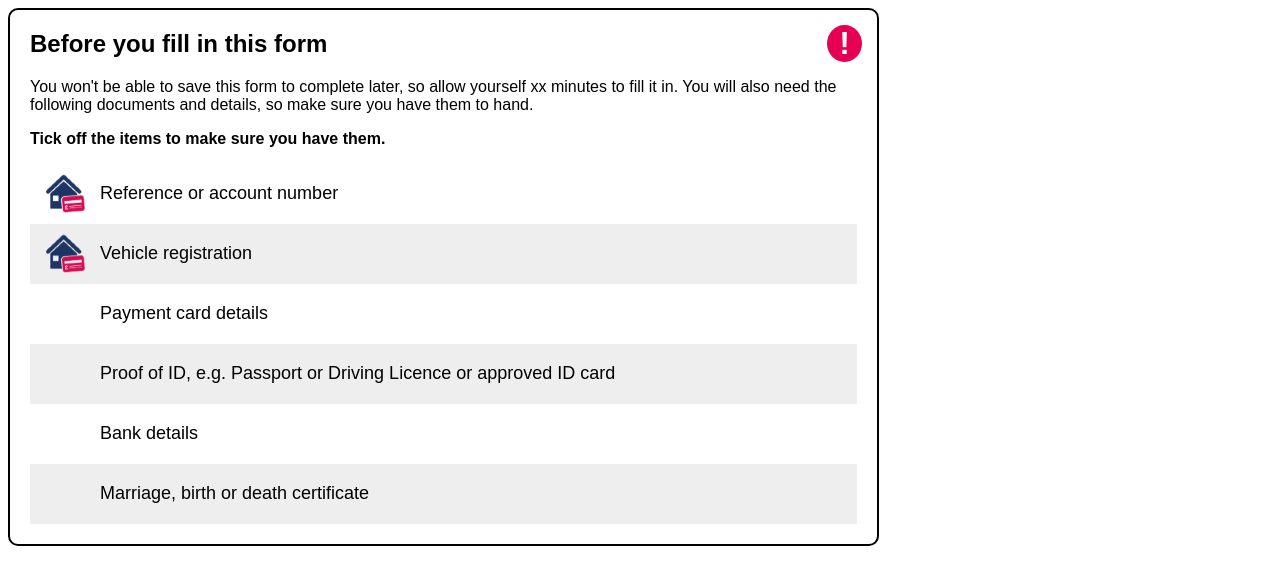
Repository: DigitalExperienceTeam/formchecklist
Page: index.html
The author's editor kept a record of every edit. The page is drawn from the files as they stood at one moment, then again after the next edit.
The browser window is 1280 px wide. The pictures show the whole page.

Above is the page before.

### index.html
<!DOCTYPE html>
<html lang="en">

<head>
    <meta charset="UTF-8">
    <meta name="viewport" content="width=device-width, initial-scale=1.0">
    <meta http-equiv="X-UA-Compatible" content="ie=edge">
    <script src="https://ajax.googleapis.com/ajax/libs/jquery/3.4.1/jquery.min.js"></script>
    <script type="text/javascript" src="checklist.js"></script>
    <link rel="stylesheet" href="style.css" type="text/css" />
    <title>Document</title>
</head>

<body>
<div class="checklist">
    <div class="exclamation">!</div>
  <h2>Before you fill in this form</h2>
  <p>You won't be able to save this form to complete later, so allow yourself xx minutes to fill it in. You will also need the following documents and details, so make sure you have them to hand.</p>

<p><strong>Tick off the items to make sure you have them.</strong></p>
<ul>
  <li class="reference">Reference or account number</li>
  <li class="registration">Vehicle registration</li>
  <li class="payment">Payment card details</li>
  <li class="proof">Proof of ID, e.g. Passport or Driving Licence or approved ID card</li>
  <li class="bank">Bank details</li>
  <li class="certificate">Marriage, birth or death certificate</li>
</ul>

</div>
</body>

</html>

### checklist.js
$( document ).ready(function() {

    $( "li" ).click(function() {

  $(this).toggleClass("checked");
});


});

### style.css

/* Include the padding and border in an element's total width and height */
* {
  box-sizing: border-box;
}

body {
    max-width: 871px;
    font-family: "franklin-gothic-urw",sans-serif;
}

.checklist {
    border: 2px solid #000;
    padding: 20px;
    border-radius: 10px;
    position: relative;
}

.exclamation {
    position: absolute;
    right: 15px;
    top: 15px;
    font-size: 2em;
    font-weight: bold;
    border-radius: 50%;
    padding: 0 12px;
    color: #fff;
    background-color: #e60054;
}

.checklist h2 {
    margin-top: 0;
}

/* Remove margins and padding from the list */
.checklist ul {
  margin: 0;
  padding: 0;
}

/* Style the list items */
.checklist ul li {
  cursor: pointer;
  position: relative;
  padding: 12px 8px 12px 70px;
  background: #eee;
  font-size: 18px;
  transition: 0.2s;
  list-style-type: none;
  min-height: 60px;
line-height: 35px;

  /* make the list items unselectable */
  -webkit-user-select: none;
  -moz-user-select: none;
  -ms-user-select: none;
  user-select: none;
}

/* Set all odd list items to a different color (zebra-stripes) */
.checklist ul li:nth-child(odd) {
  background: #fff;
}

/* Darker background-color on hover */
.checklist ul li:hover {
  background: #ddd;
}

.checklist ul li::before {
 ;
    padding-right: 10px;
      position: absolute;
        top: 10px;
  left: 16px;
  line-height: 0;
}

.checklist ul li.reference::before {
 content: url("Taxsmall.png");
}

.checklist ul li.registration::before {
 content: url("Taxsmall.png");
}

.checklist ul li.reference::before {
 content: url("Taxsmall.png");
}

.checklist ul li.reference::before {
 content: url("Taxsmall.png");
}

.checklist ul li.reference::before {
 content: url("Taxsmall.png");
}

.checklist ul li.reference::before {
 content: url("Taxsmall.png");
}

     <li class="reference">Reference or account number</li>
  <li class="registration">Vehicle registration</li>
  <li class="payment">Payment card details</li>
  <li class="proof">Proof of ID, e.g. Passport or Driving Licence or approved ID card</li>
  <li class="bank">Bank details</li>
  <li class="certificate">Marriage, birth or death certificate</li>
</ul>



/* When clicked on, add a background color and strike out text */
.checklist ul li.checked {
  background: #d8e3ed;

}



/* Add a "checked" mark when clicked on */
ul li.checked::after {
  content: '\2713';
  padding-left: 10px;
  font-weight: 900;
  font-size: 1.5em;
  line-height: 0;

}

After the next edit:
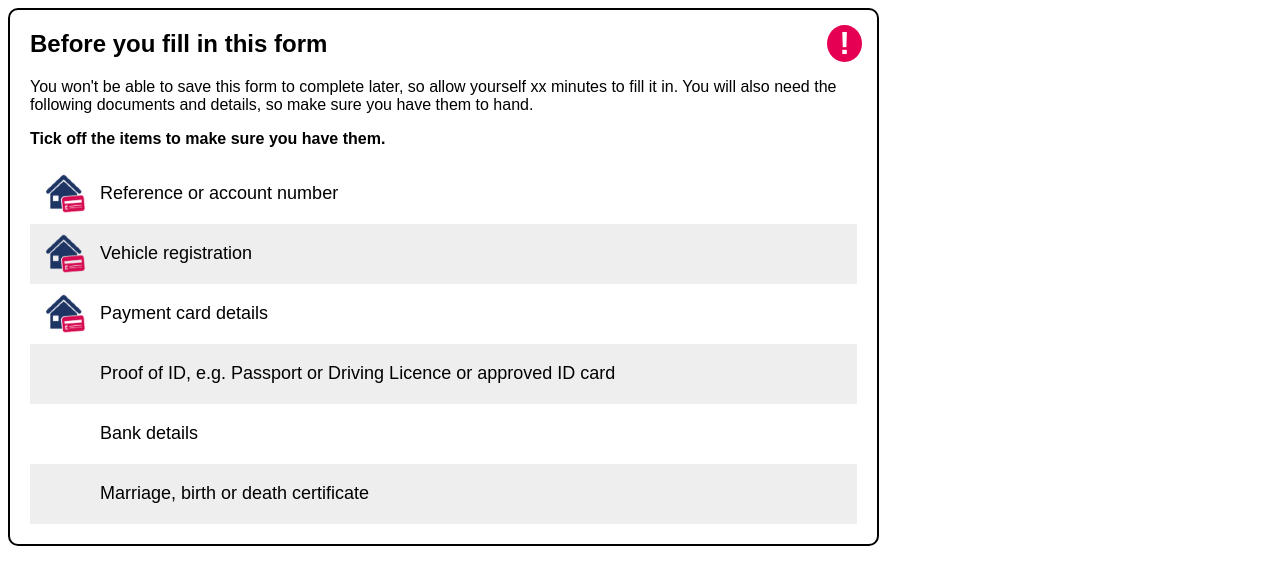
The edit:
--- a/style.css
+++ b/style.css
@@ -84,7 +84,7 @@
  content: url("Taxsmall.png");
 }
 
-.checklist ul li.reference::before {
+.checklist ul li.payment::before {
  content: url("Taxsmall.png");
 }
 
